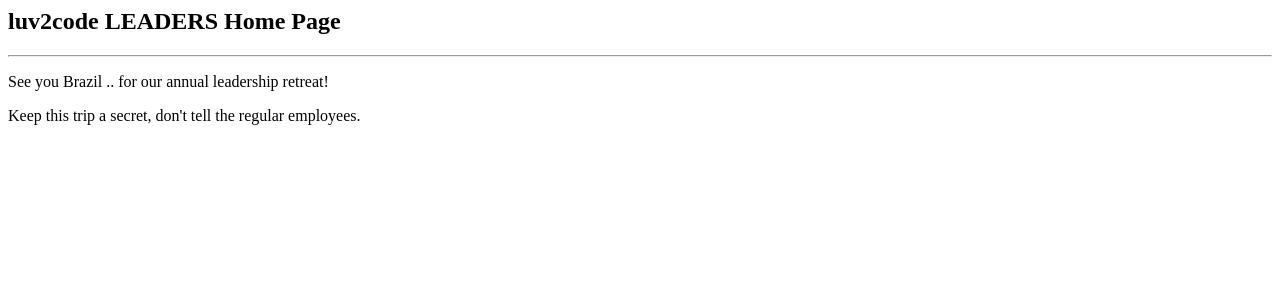
Repository: dchan98/spring-security-demo
Page: http://localhost/spring-security-demo-09-jdbc-bcrypt/leaders
The author's editor kept a copy of each file at every save. The page is drawn from the files as they stood at one save, then again after the next save.
The browser window is 1280 px wide. The pictures show the whole page.
The page is served by Tomcat 9. Other server files are loaded and not shown.

Above is the page before, as saved 2019-02-07 06:23:23.

### spring-security-demo-starter/spring-security-demo-09-jdbc-bcrypt/src/main/webapp/WEB-INF/view/leaders.jsp
<html>

<head>
	<title>luv2code LEADERS Home Page</title>
</head>

<body>
<h2>luv2code LEADERS Home Page</h2>
<hr>

<p>
  See you Brazil .. for our annual leadership retreat!
</p>
  Keep this trip a secret, don't tell the regular employees.





</body>
</html>

After the next save:
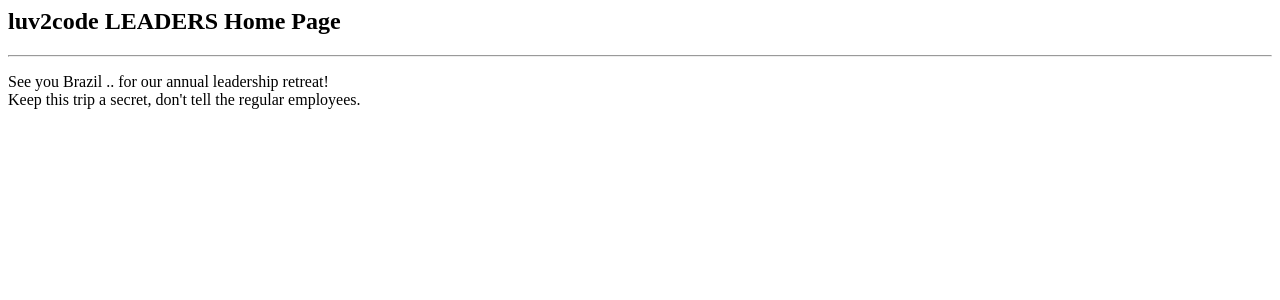
Saved 39 s later.
--- a/spring-security-demo-starter/spring-security-demo-09-jdbc-bcrypt/src/main/webapp/WEB-INF/view/leaders.jsp
+++ b/spring-security-demo-starter/spring-security-demo-09-jdbc-bcrypt/src/main/webapp/WEB-INF/view/leaders.jsp
@@ -10,7 +10,7 @@
 
 <p>
   See you Brazil .. for our annual leadership retreat!
-</p>
+  <br>
   Keep this trip a secret, don't tell the regular employees.
 
 
